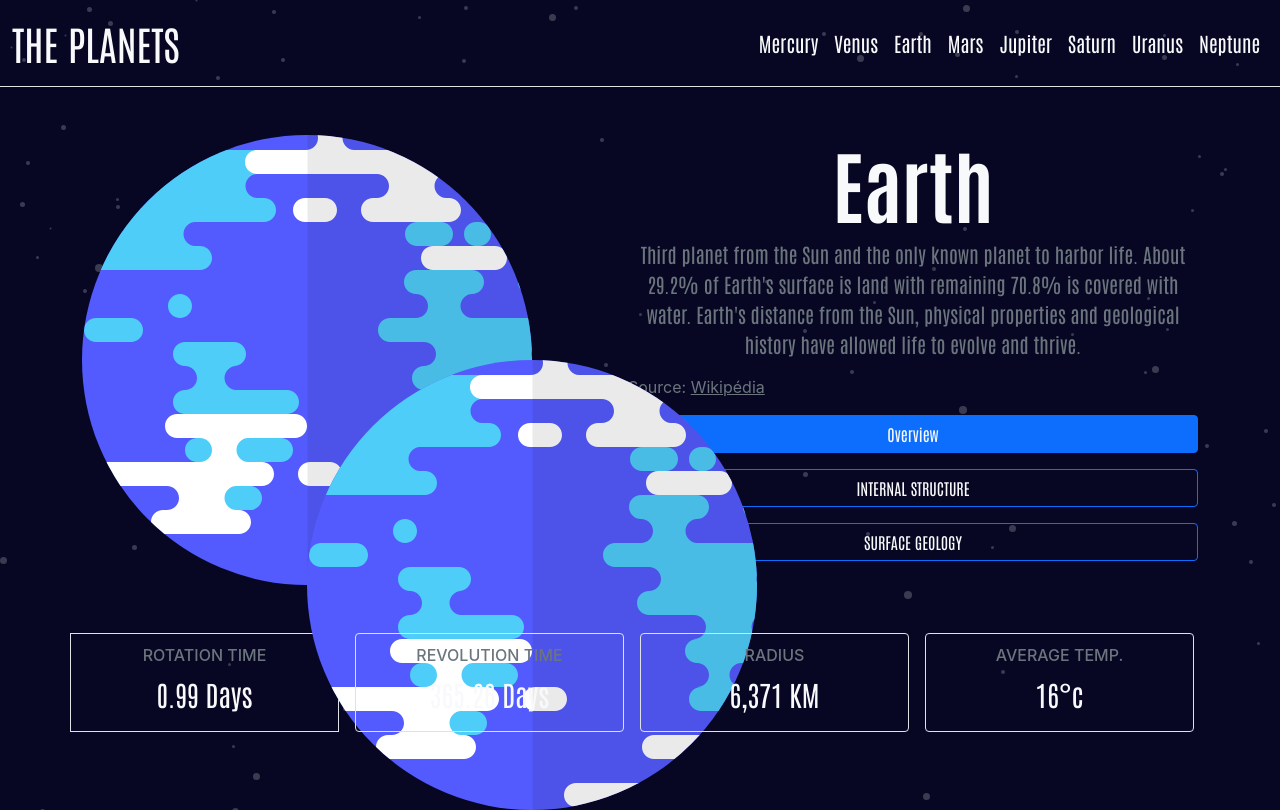
Repository: andre06x/the-planets
Page: /
These files come from the project's save history. The page is drawn as it stood at one moment and after the next save; the edit follows.
The browser window is 1280 px wide. The pictures show the whole page.
The project was rebuilt for these pictures with package versions that can differ from the ones it lists, and the page was loaded fresh each time.

Above is the page before, as saved 2021-10-19 16:47:19.

After the next save:
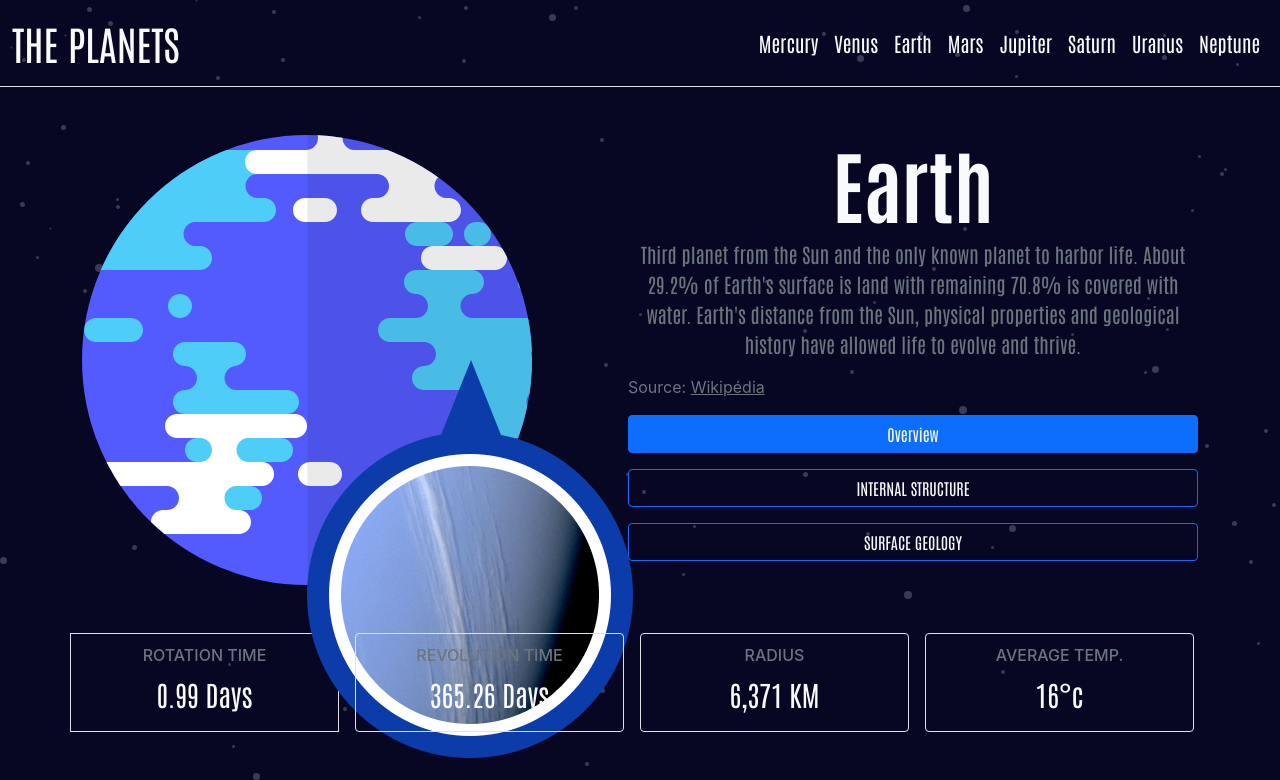
Saved 117 s later.
--- a/src/components/Container.js
+++ b/src/components/Container.js
@@ -54,7 +54,7 @@ const Container = () => {
         <div className="d-flex flex-md-row flex-column-reverse justify-content-between">
           <div className="me-md-5 d-flex justify-content-center position-relative">
             <img src={imagee} alt="" />
-            <img src={imagee} alt="" className="position-absolute top-50 start-50"/>
+            <img src="assets/geology-neptune.png" alt="" className="position-absolute top-50 start-50"/>
           </div>
           <div className="ms-md-5 d-flex flex-md-column flex-column-reverse">
             <h1 className="display-1 text-light font-antonio fw-bold text-center">
